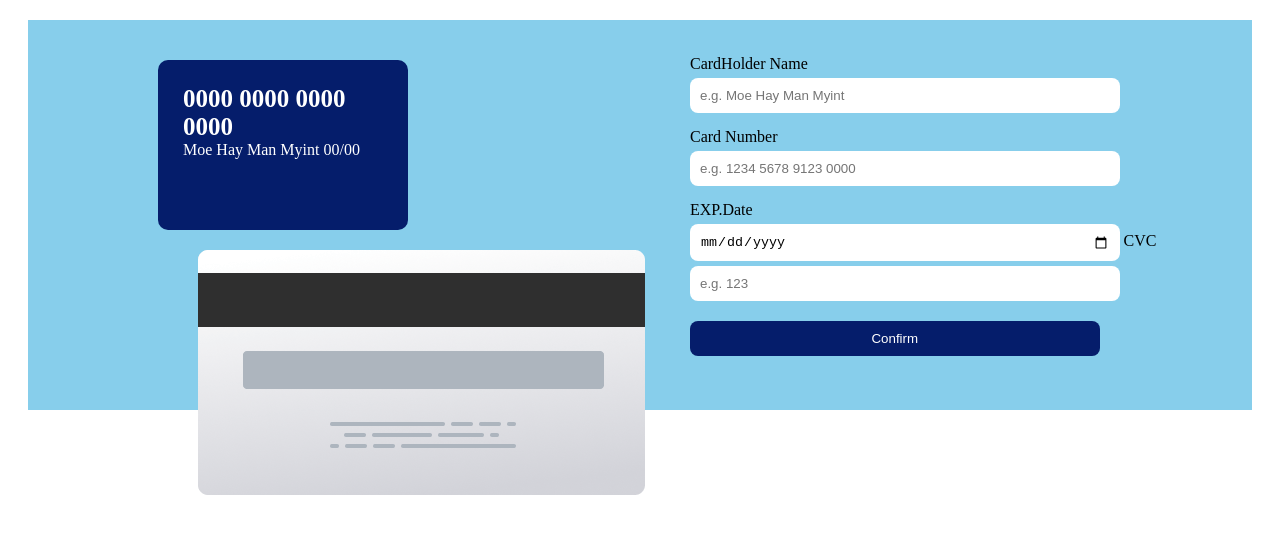
Repository: moehaymanmyint/Interactive-Card-Details-Form
Page: index.html
An editor plug-in stored every save of this project. The page is shown before and after the next save, followed by the edit.
The browser window is 1280 px wide. The pictures show the whole page.

Above is the page before, as saved 2024-10-16 21:39:01.

### index.html
<!DOCTYPE html>
<html lang="en">
<head>
    <meta charset="UTF-8">
    <meta name="viewport" content="width=device-width, initial-scale=1.0">
    <title>Interactive Card Details Form</title>
    <link rel="stylesheet" href="style.css">
</head>
<body>
    <div class="container">
        <!-- Left Side -->
    <div class="left-container">
        <div class="front-card">
            <div class="number">0000 0000 0000 0000</div>
            <span class="name">Moe Hay Man Myint</span>
            <span class="date">00/00</span>
        </div>
        <div class="back-card">
            <img src="./img/bg-card-back.png" alt="">
        </div>
    </div>

    <!-- Right Side -->
    <div class="right-container">
        <form action="">
            <div class="card-name">
                <label for="">CardHolder Name</label><br>
                <input type="text" name="" id="" placeholder="e.g. Moe Hay Man Myint">
            </div>
            <div class="card-number">
                <label for="">Card Number</label><br>
                <input type="number" name="" id="" placeholder="e.g. 1234 5678 9123 0000">
            </div>
            <div class="card-info">
                <label for="">EXP.Date</label><br>
                <input type="date" name="" id="">
                <label for="">CVC</label>
                <input type="number" name="" id="" placeholder="e.g. 123">
            </div>
            <div class="btn">
                <input type="submit" value="Confirm" class="confirm-btn">
            </div>
        </form>
    </div>
    </div>
</body>
</html>

### style.css
.container{
    background-color: skyblue;
    display: flex;
    justify-content: center;
    margin: 20px;
}

.left-container,
.right-container {
    margin: 20px 50px;
    width: 50%;
}

.front-card{
    background-color: rgb(5, 29, 107);
    color: white;
    padding: 25px;
    border-radius: 10px;
    height: 120px;
    width: 200px;
    margin: 20px 80px;
}

.front-card .number{
    font-size: 25px;
    font-weight: bold;
}

.back-card{
    height: 120px;
    width: 200px;
    background-color: gainsboro;
    margin: 20px 40px;
    border-radius: 10px;
    margin-left: 120px;
}

.right-container div{
    margin: 15px 0;
}
.right-container input{
    margin-top: 5px;
    border: none;
    padding: 10px;
    border-radius: 8px;
    width: 80%;
}

.confirm-btn{
    background-color: rgb(5, 29, 107);
    color: white;
    width: 100%;
}

After the next save:
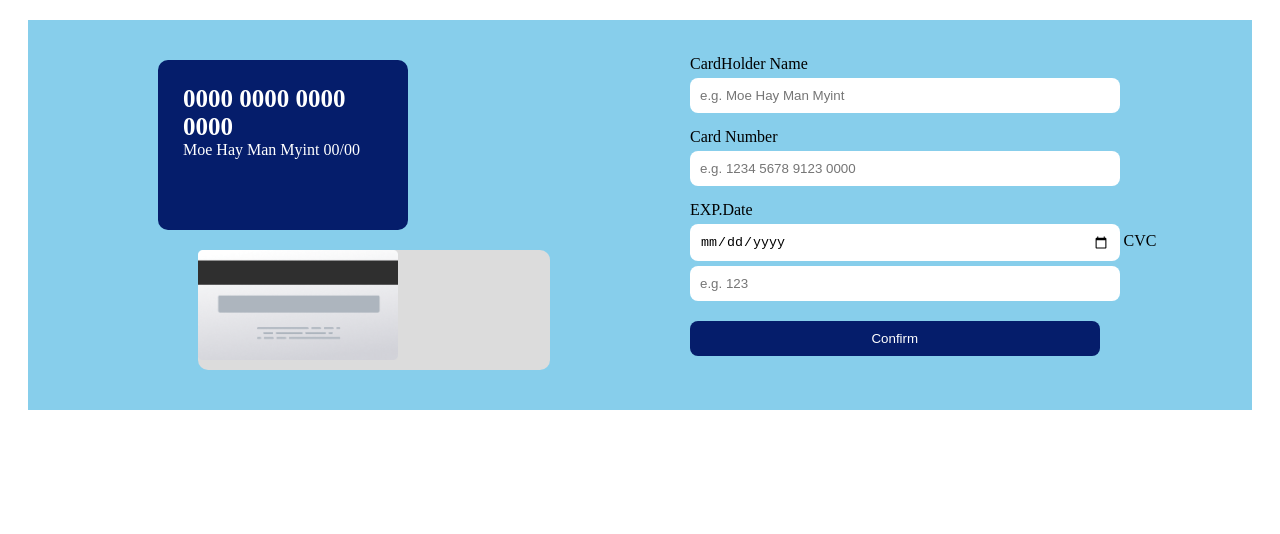
Saved 14 s later.
--- a/style.css
+++ b/style.css
@@ -28,11 +28,14 @@
 
 .back-card{
     height: 120px;
-    width: 200px;
     background-color: gainsboro;
     margin: 20px 40px;
     border-radius: 10px;
     margin-left: 120px;
+}
+
+.back-card img{
+    width: 200px;
 }
 
 .right-container div{
